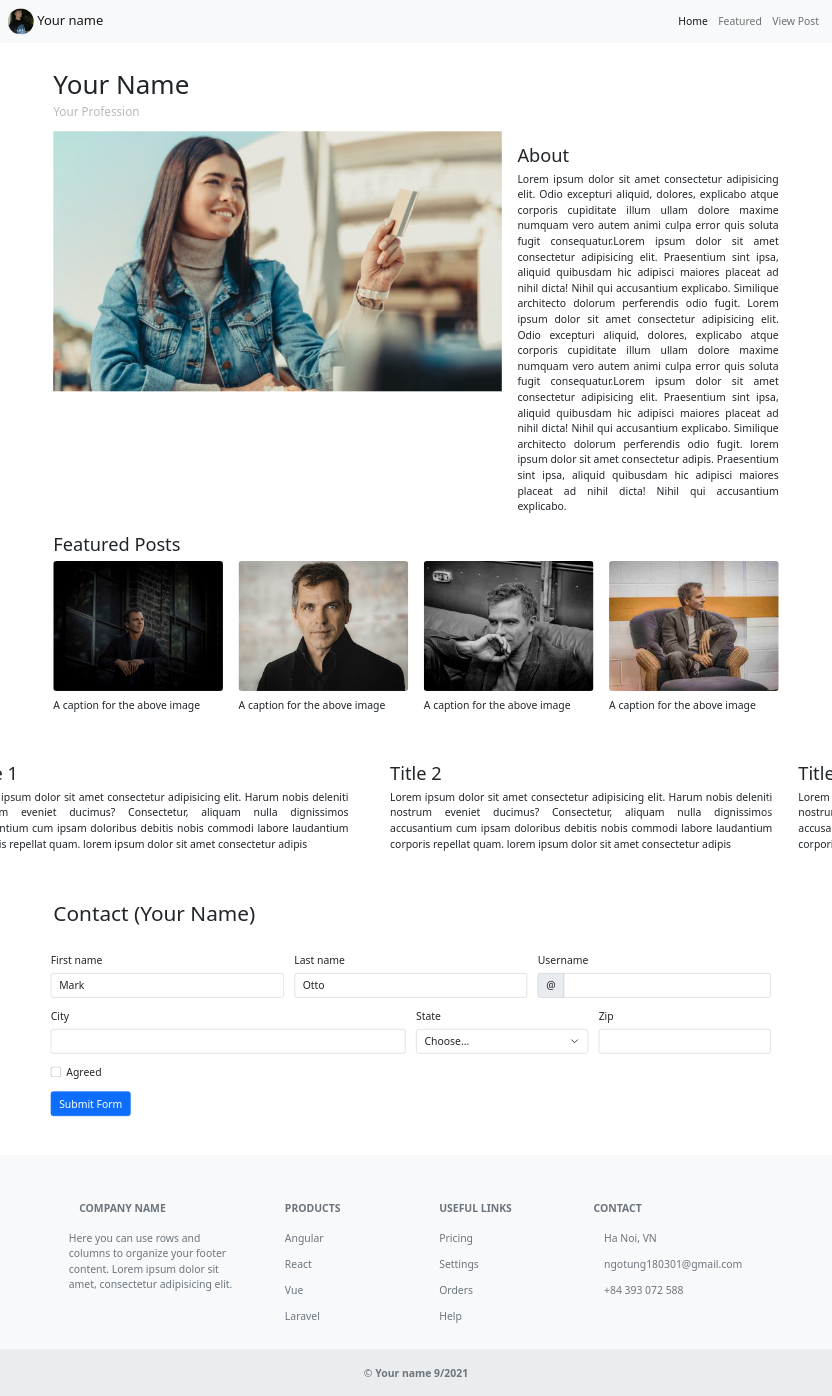
Repository: nvt01/72_1951061106_NgoVanTung
Page: BaiTh1/index.html
These files come from the project's save history. The page is drawn as it stood at one moment and after a run of saves; the edit follows.
The browser window is 1280 px wide. The pictures show the whole page, at 65% of full size.

Above is the page before, as saved 2021-12-01 11:03:46.

After the next 3 saves:
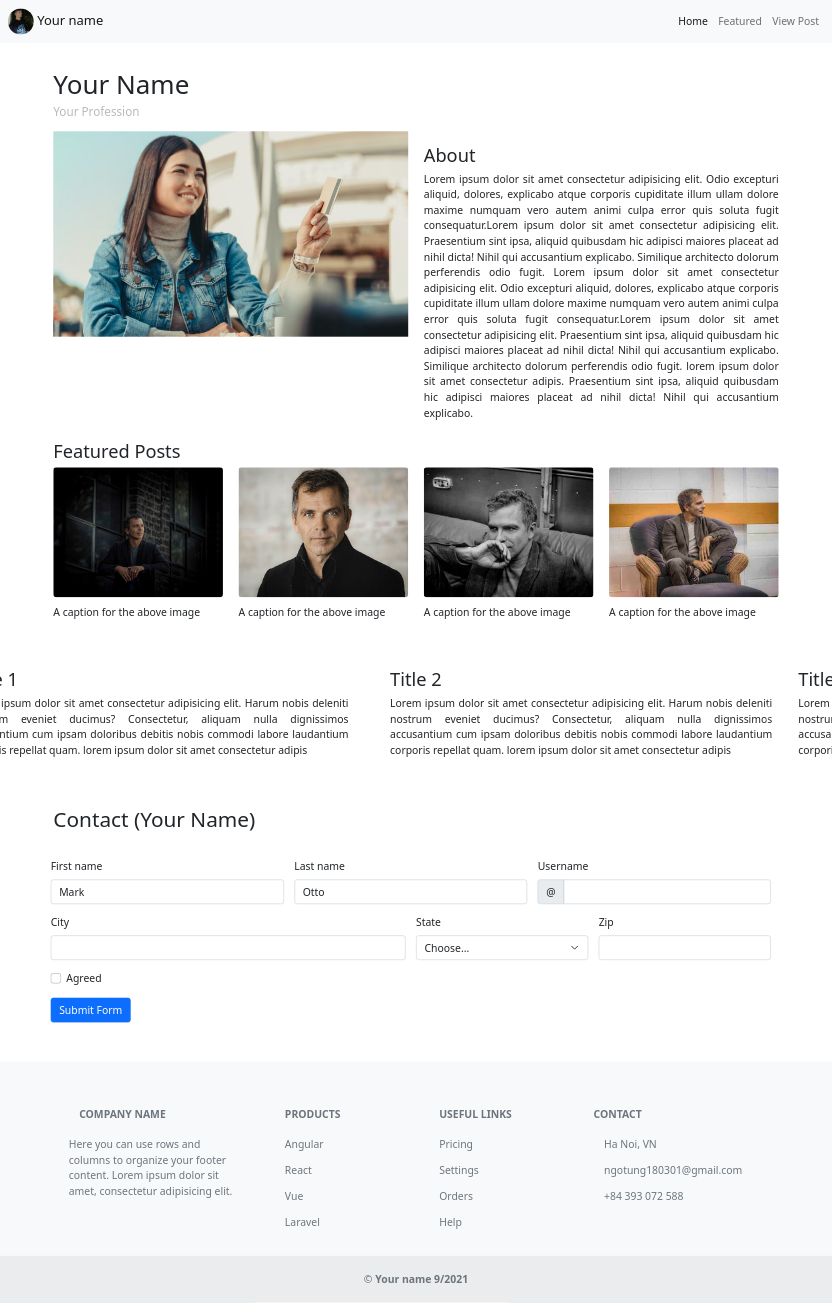
The 3 saves are shown as one change because they came seconds apart.
The last was saved 11 s later.
--- a/BaiTh1/style.css
+++ b/BaiTh1/style.css
@@ -72,7 +72,9 @@
         -webkit-line-clamp: 15;
         overflow: hidden; */
     }
-
+    .container img {
+        width: 100%;
+    }
     .col {
         flex: none;
     }
